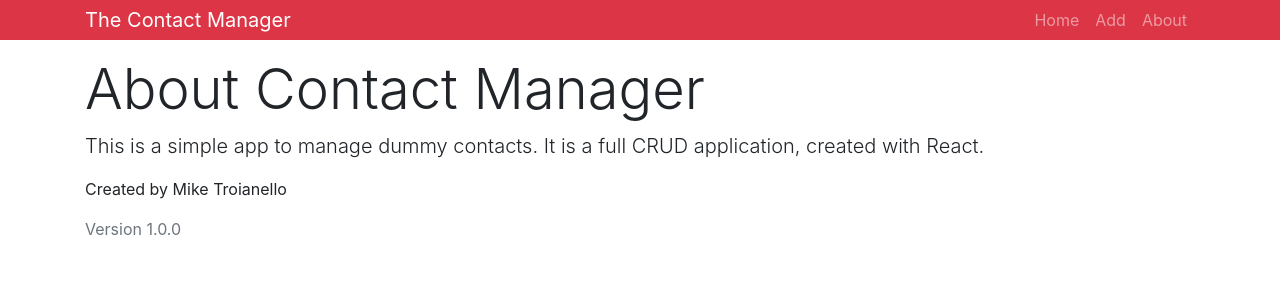
Repository: MikeTroianello/Contact-Manager
Page: /about
These files come from the project's save history. The page is drawn as it stood at one moment and after the next save; the edit follows.
The browser window is 1280 px wide. The pictures show the whole page.
The page's requests for data from a server got no answer. The project was rebuilt for these pictures with package versions that can differ from the ones it lists, and the page was loaded fresh each time. No one was signed in, and anything a server would have sent is missing. Also part of the build but not shown: src/components/test/Test.js, src/components/contacts/Contact.js, src/components/contacts/Contacts.js, src/components/pages/NotFound.js, src/components/layout/TextInputGroup.js, src/components/contacts/AddContact.js, src/components/contacts/EditContact.js, src/App.css.

Above is the page before, as saved 2019-05-27 23:32:29.

After the next save:
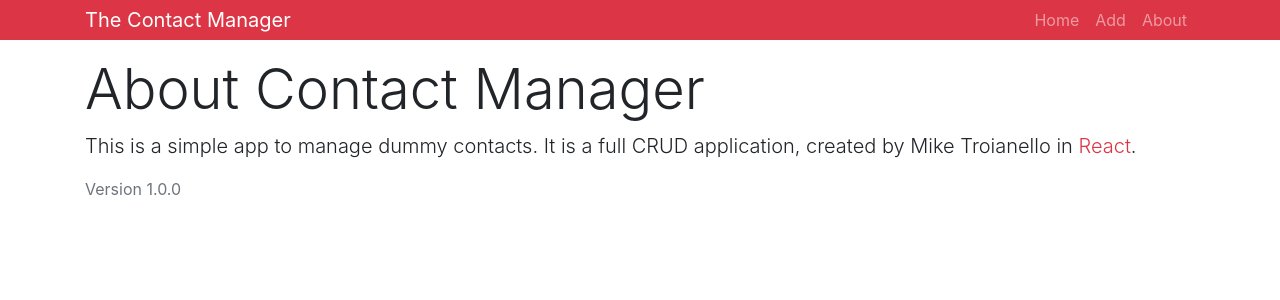
Saved 42 s later.
--- a/src/components/pages/About.js
+++ b/src/components/pages/About.js
@@ -6,9 +6,9 @@ export default function About() {
       <h1 className="display-4">About Contact Manager</h1>
       <p className="lead">
         This is a simple app to manage dummy contacts. It is a full CRUD
-        application, created with React.
+        application, created by Mike Troianello in{" "}
+        <span className="text-danger">React</span>.
       </p>
-      <p>Created by Mike Troianello</p>
       <p className="text-secondary">Version 1.0.0</p>
     </div>
   );
